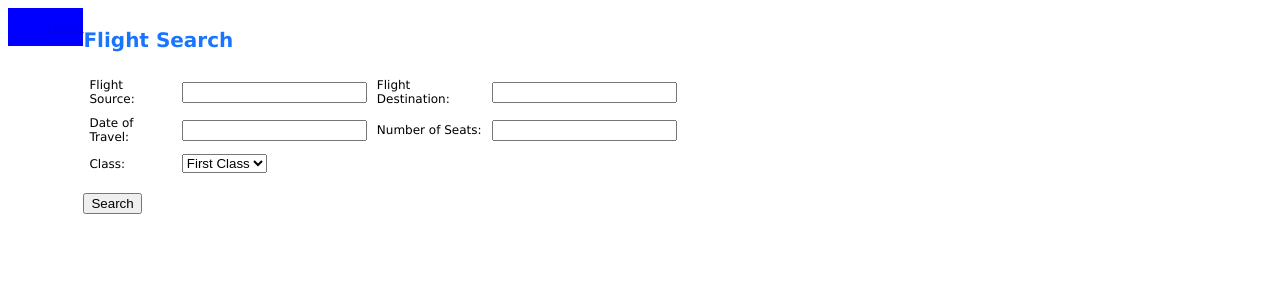
Repository: jliu9000/CSE-464---Flight-Pages
Page: http://localhost/HW1/FlightSearch.jsp
The author's editor kept a copy of each file at every save. The page is drawn from the files as they stood at one save, then again after the next save.
The browser window is 1280 px wide. The pictures show the whole page.
Some web libraries are served in a nearby version. The page is served by Tomcat 9.

Above is the page before, as saved 2014-09-25 01:44:54.

After the next save:
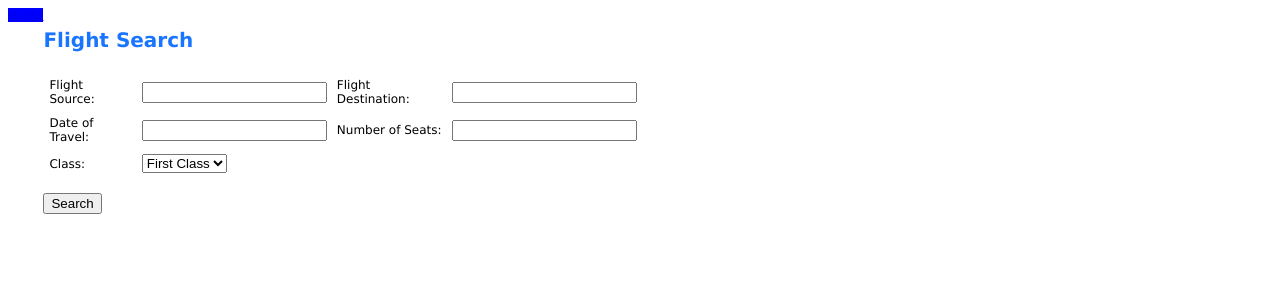
Saved 37 s later.
--- a/HW1/WebContent/CSS/FlightStyles.css
+++ b/HW1/WebContent/CSS/FlightStyles.css
@@ -13,8 +13,7 @@ div.sidebar {
 	font-size:12px;
 	float:left;
 	text-align:center;
-	margin: 0;
-    padding: 0;
+
 }
 div.main {
 	float: left;
@@ -22,6 +21,8 @@ div.main {
 
 ul {
 	list-style-type: none;
+	margin: 0;
+    padding: 0;
 
 }
 
